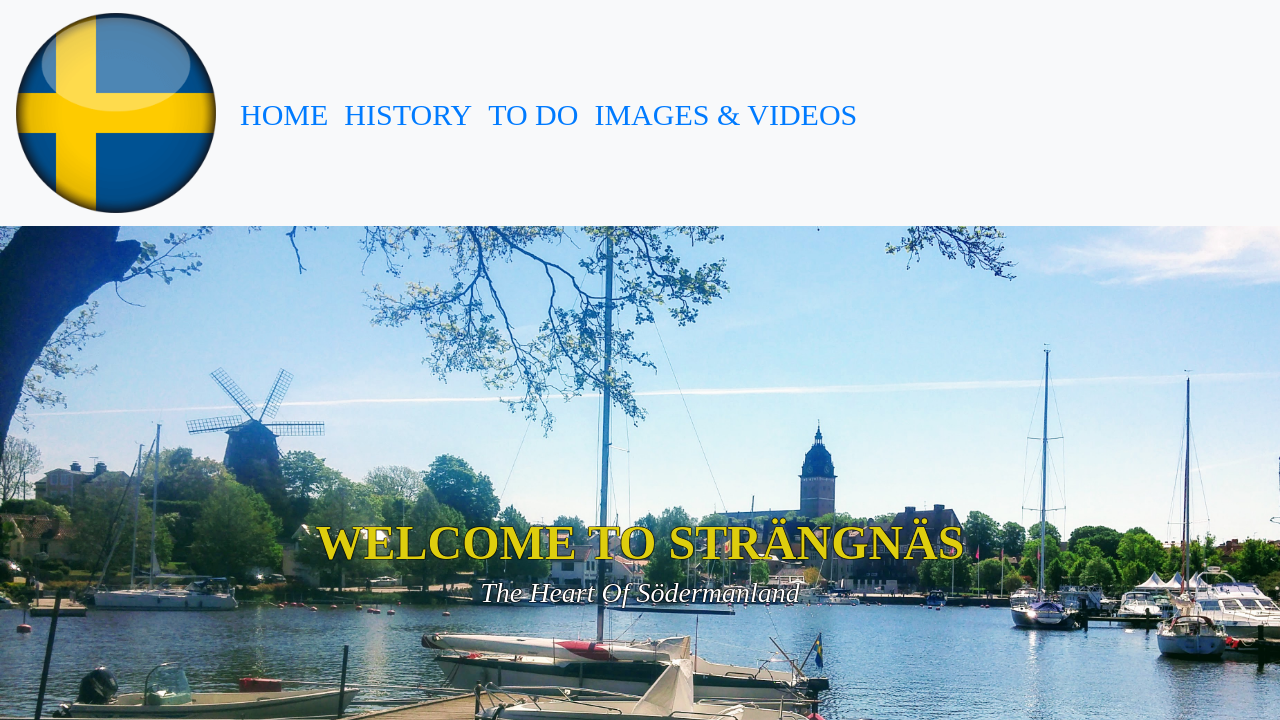
Repository: kososwede/first-project
Page: index.html
The author's editor kept a record of every edit. The page is drawn from the files as they stood at one moment, then again after the next edit.
The browser window is 1280 px wide. The pictures show the whole page.
An inner scrolling area shows only its first screen. Some web fonts or font styles are not loaded; a fallback is used.

Above is the page before.

### index.html
<!DOCTYPE html>
<html lang="en">
<head>
  <meta charset="UTF-8">
  <meta name="viewport" content="width=device-width, initial-scale=1.0">
  <meta http-equiv="X-UA-Compatible" content="ie=edge">
  <link rel="stylesheet" href="https://stackpath.bootstrapcdn.com/bootstrap/4.3.1/css/bootstrap.min.css" integrity="sha384-ggOyR0iXCbMQv3Xipma34MD+dH/1fQ784/j6cY/iJTQUOhcWr7x9JvoRxT2MZw1T" crossorigin="anonymous">
  <link rel="stylesheet" href="https://stackpath.bootstrapcdn.com/font-awesome/4.7.0/css/font-awesome.min.css" type="text/css" />
  <link rel="stylesheet" href="https://cdnjs.cloudflare.com/ajax/libs/hover.css/2.3.1/css/hover-min.css" integrity="sha256-c+C87jupO1otD1I5uyxV68WmSLCqtIoNlcHLXtzLCT0=" crossorigin="anonymous" />
  <link rel="stylesheet" href="assets/css/style.css" type="text/css" />
  <title>Welcome To Strängnäs</title>
  <title>Document</title>
</head>

<body>

  <!----------------------header-------------------------->

  <!----------nav------->

  <nav class="navbar navbar-expand-lg navbar-light bg-light">
  <a class="navbar-brand" href="index.html"><img class="image-size" src="assets/images/sweden-flag-png-1.png"></img></a>
  <button class="navbar-toggler" type="button" data-toggle="collapse" data-target="#navbarNavAltMarkup" aria-controls="navbarNavAltMarkup" aria-expanded="false" aria-label="Toggle navigation">
    <span class="navbar-toggler-icon"></span>
  </button>
  <div class="collapse navbar-collapse" id="navbarNavAltMarkup">
    <div class="navbar-nav">
      <a class="nav-item nav-link text-primary" href="index.html">HOME<span class="sr-only">(current)</span></a>
      <a class="nav-item nav-link text-primary" href="history.html">HISTORY</a>
      <a class="nav-item nav-link text-primary" href="places.html">TO DO</a>
      <a class="nav-item nav-link text-primary" href="images+videos.html">IMAGES & VIDEOS</a>
    </div>
  </div>
</nav>

<!---------------main------------------------------------>

<header class="masthead d-flex">
    <div class="container text-center my-auto">
      <h1 class="heading mb-1">WELCOME TO STRÄNGNÄS</h1>
      <h3 class="sub-heading mb-5">
        <em>The Heart Of Södermanland</em>
      </h3>
</div>
</header>




  <script src="https://code.jquery.com/jquery-3.3.1.slim.min.js" integrity="sha384-q8i/X+965DzO0rT7abK41JStQIAqVgRVzpbzo5smXKp4YfRvH+8abtTE1Pi6jizo" crossorigin="anonymous"></script>
<script src="https://cdnjs.cloudflare.com/ajax/libs/popper.js/1.14.7/umd/popper.min.js" integrity="sha384-UO2eT0CpHqdSJQ6hJty5KVphtPhzWj9WO1clHTMGa3JDZwrnQq4sF86dIHNDz0W1" crossorigin="anonymous"></script>
<script src="https://stackpath.bootstrapcdn.com/bootstrap/4.3.1/js/bootstrap.min.js" integrity="sha384-JjSmVgyd0p3pXB1rRibZUAYoIIy6OrQ6VrjIEaFf/nJGzIxFDsf4x0xIM+B07jRM" crossorigin="anonymous"></script>
</body>
</html>

### assets/css/style.css
@import url('https://fonts.googleapis.com/css?family=Sniglet&display=swap');
@import url('https://fonts.googleapis.com/css?family=Courgette&display=swap');
body,
html {
 width: 100%;
 height: 100%;
 overflow-x: hidden;


}

body {
 font-family: 'Source Sans Pro';
}


/*------------------------------NAVBAR*/
nav ul {
 padding-top: 0px;

 text-align: center;
}
 .nav-item {
  padding-bottom: 5px;
  font-size: 30px;
 }

/*------------------------------HEADER*/


.masthead {
 min-height: 30rem;
 position: relative;
 display: table;
 width: 100%;
 height: 100%;
 padding-top: 0rem;
 padding-bottom: 0rem;
 background: -webkit-gradient(linear, left top, right top, from(rgba(255, 255, 255, 0.1)), to(rgba(255, 255, 255, 0.1))), url("../images/viewofstrangnas.jpg");
 background: linear-gradient(90deg, rgba(255, 255, 255, 0.1) 0%, rgba(255, 255, 255, 0.1) 100%), url("../images/viewofstrangnas.jpg");
 background-image: url(../images/viewofstrangnas.jpg);
 background-position: center center;
 background-repeat: no-repeat;
 background-size: cover;

}

h1  {
 font-weight: bolder;
 color: #dece0e;
 text-shadow: #000 0px 0px 1px, #000 0px 0px 1px, #000 0px 0px 1px,
 #000 0px 0px 1px, #000 0px 0px 1px, #000 0px 0px 1px;
 font-size: 3rem;

}

h3 {
 transition-delay: 1s;
 transition-duration: 3s;
 transition-timing-function: ease-in;
 color: #fff;
 text-shadow: #000 0px 0px 1px,   #000 0px 0px 1px,   #000 0px 0px 1px,
 #000 0px 0px 1px,   #000 0px 0px 1px,   #000 0px 0px 1px;

}



/*------------------------------HEADER*/

/*------------------------------HEADER*/

/*------------------------------HEADER*/

/*------------------------------HEADER*/

/*------------------------------HEADER*/

After the next edit:
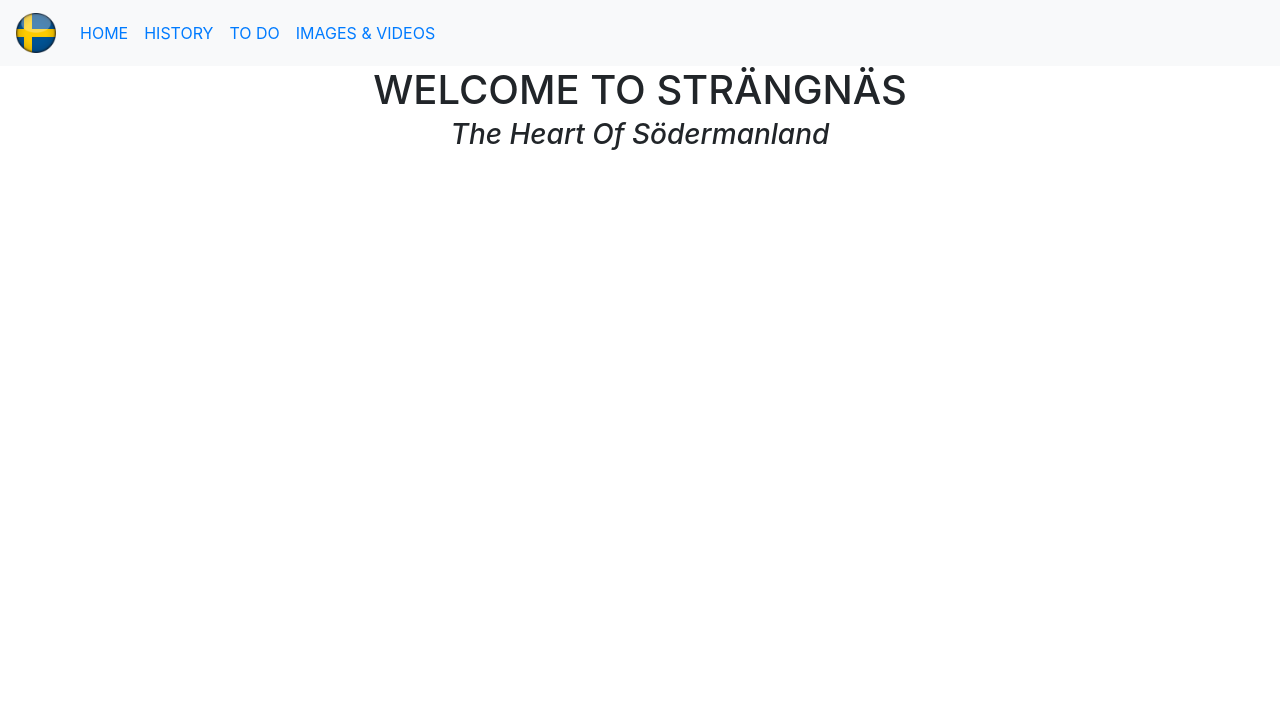
The edit:
--- a/assets/css/style.css
+++ b/assets/css/style.css
@@ -5,73 +5,8 @@
  width: 100%;
  height: 100%;
  overflow-x: hidden;
-
-
 }
 
-body {
- font-family: 'Source Sans Pro';
+.image-size {
+ height: 40px;
 }
-
-
-/*------------------------------NAVBAR*/
-nav ul {
- padding-top: 0px;
-
- text-align: center;
-}
- .nav-item {
-  padding-bottom: 5px;
-  font-size: 30px;
- }
-
-/*------------------------------HEADER*/
-
-
-.masthead {
- min-height: 30rem;
- position: relative;
- display: table;
- width: 100%;
- height: 100%;
- padding-top: 0rem;
- padding-bottom: 0rem;
- background: -webkit-gradient(linear, left top, right top, from(rgba(255, 255, 255, 0.1)), to(rgba(255, 255, 255, 0.1))), url("../images/viewofstrangnas.jpg");
- background: linear-gradient(90deg, rgba(255, 255, 255, 0.1) 0%, rgba(255, 255, 255, 0.1) 100%), url("../images/viewofstrangnas.jpg");
- background-image: url(../images/viewofstrangnas.jpg);
- background-position: center center;
- background-repeat: no-repeat;
- background-size: cover;
-
-}
-
-h1  {
- font-weight: bolder;
- color: #dece0e;
- text-shadow: #000 0px 0px 1px, #000 0px 0px 1px, #000 0px 0px 1px,
- #000 0px 0px 1px, #000 0px 0px 1px, #000 0px 0px 1px;
- font-size: 3rem;
-
-}
-
-h3 {
- transition-delay: 1s;
- transition-duration: 3s;
- transition-timing-function: ease-in;
- color: #fff;
- text-shadow: #000 0px 0px 1px,   #000 0px 0px 1px,   #000 0px 0px 1px,
- #000 0px 0px 1px,   #000 0px 0px 1px,   #000 0px 0px 1px;
-
-}
-
-
-
-/*------------------------------HEADER*/
-
-/*------------------------------HEADER*/
-
-/*------------------------------HEADER*/
-
-/*------------------------------HEADER*/
-
-/*------------------------------HEADER*/
